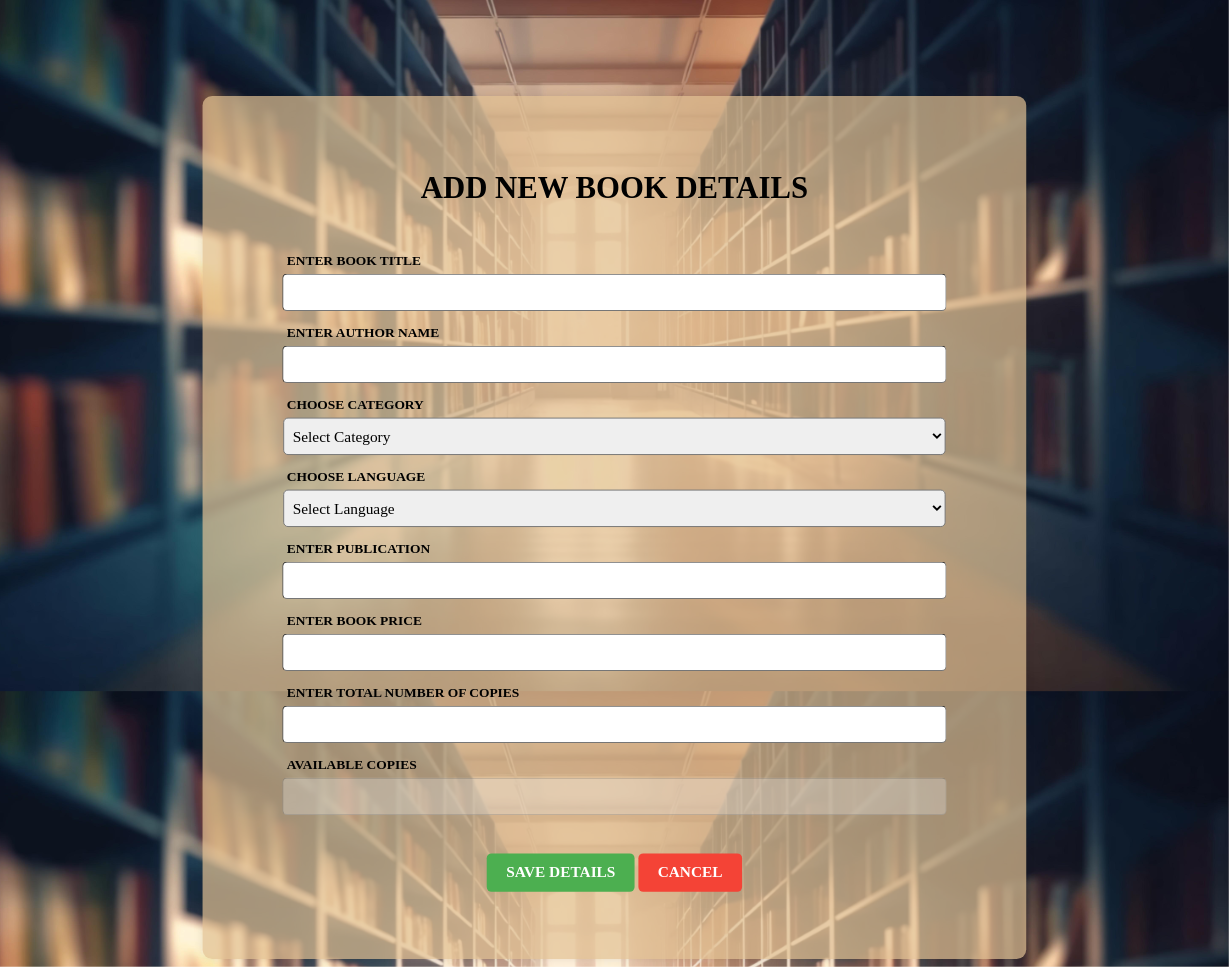
Repository: devikrishna908/RURAL-LIBRARY-MANAGEMENT
Page: http://localhost/library-management/WEB-INF/jsp/add-book.jsp
These files come from the project's save history. The page is drawn as it stood at one moment and after the next save; the edit follows.
The browser window is 1280 px wide. The pictures show the whole page, at 96% of full size.
Backgrounds fixed to the window are drawn as part of the page. The page is served by Tomcat 9. Nobody is signed in. The template is opened directly, without the code that normally fills it, so the values that code supplies are empty.

Above is the page before, as saved 2024-05-25 05:12:07.

After the next save:
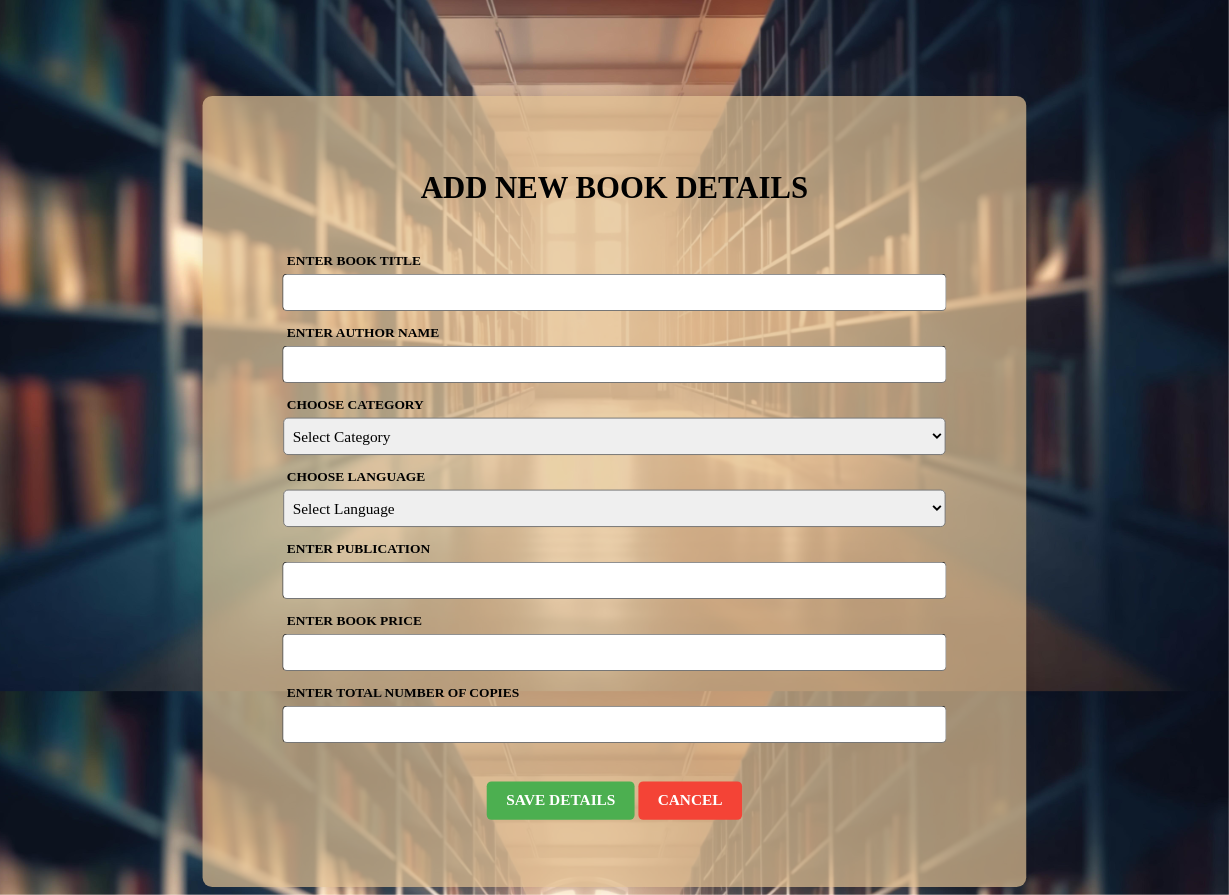
Saved 30 s later.
--- a/library-management/src/main/webapp/WEB-INF/jsp/add-book.jsp
+++ b/library-management/src/main/webapp/WEB-INF/jsp/add-book.jsp
@@ -59,9 +59,6 @@
 		        <label for="total">ENTER TOTAL NUMBER OF COPIES</label>
     		    <input type="text" id="total" name="totalCopies" oninput="updateAvailableCopies()"><br>
 
-		        <label for="available">AVAILABLE COPIES</label>
-    		    <input type="text" id="available" name="availableCopies" disabled><br>
-
 				<div class="input-button">
 					<input type="submit" value="SAVE DETAILS" class="insert">
 					<input type="button" value="CANCEL" class="cancel" onclick="cancelAction()"> <br>
